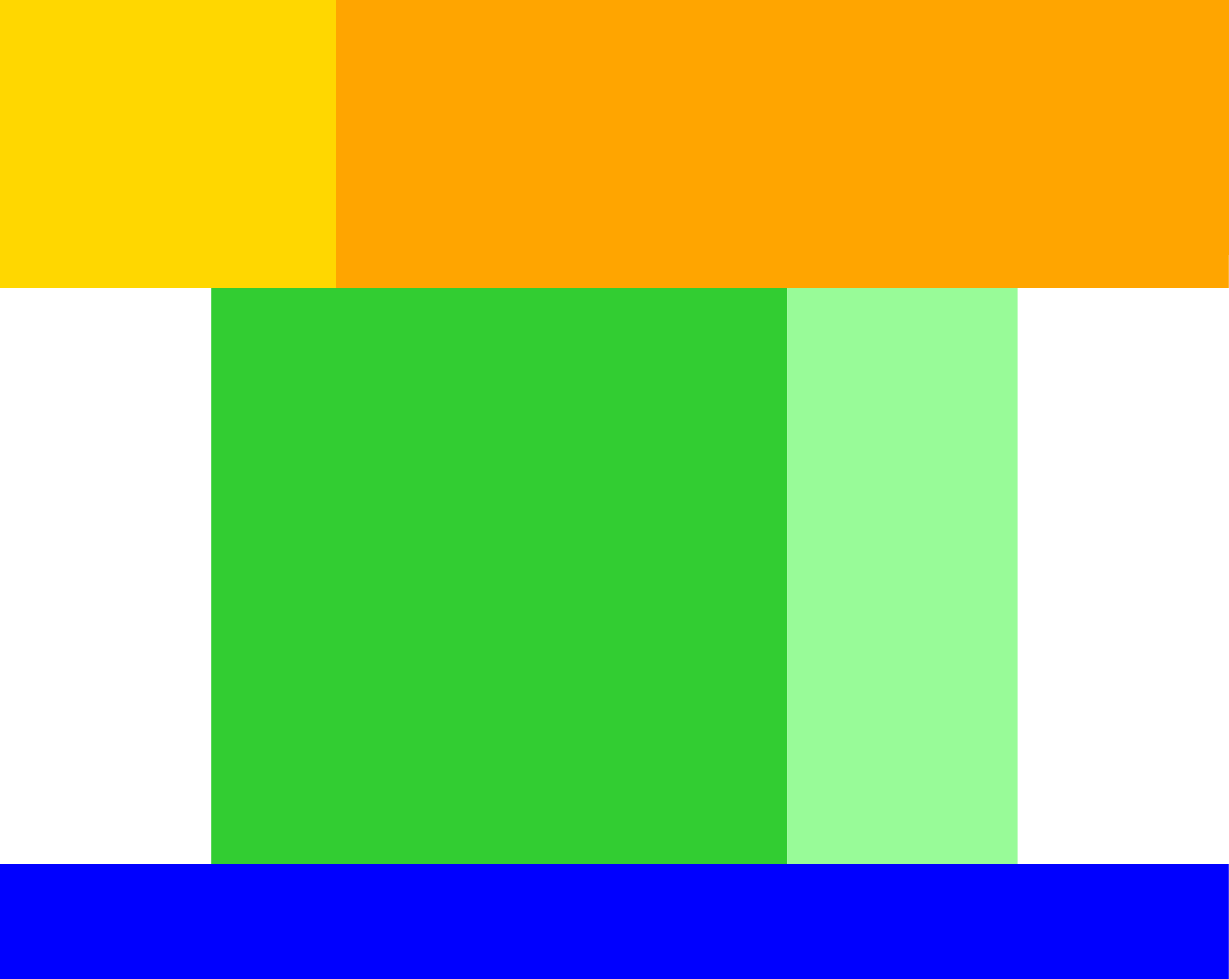
Repository: Hirotaka-DWC/dmm_webcamp_task_1
Page: caravan/index.html
The author's editor kept a record of every edit. The page is drawn from the files as they stood at one moment, then again after the next edit.
The browser window is 1280 px wide. The pictures show the whole page, at 96% of full size.

Above is the page before.

### caravan/index.html
<!DOCTYPE html>
<html lang="ja">
  <head>
    <meta charset="UTF-8" />
    <!-- CSSファイルの読み込み -->
    <link rel="stylesheet" href="style.css" />
    <title>CARAVAN</title>
  </head>

  <body>
    </div>
    <div class="main-visual">
      <div class="main-visual-content"></div>
    </div>
    <div class="main">
       <div class="blog"></div>
      <div class="sidebar"></div>
    </div>
    <div class="footer"></div>
  </body>
</html>

### caravan/style.css
/* ブラウザがそれぞれ持っているCSSをリセットするための記述 */
* {
  margin: 0;
  padding: 0;
  box-sizing: border-box;
}

.header{
  width: 100%;
  height: 120px;
  background-color: red;
}

.header-top {
  width: 100%; /* 横幅いっぱい */
  height: 70px; /* 高さ100px */
  background-color: hotpink; /* 背景色hotpink */
}

.header-bottom {
  width: 100%; /* 横幅いっぱい */
  height: 50px; /* 高さ100px */
  background-color: pink; /* 背景色pink */
}

.main-visual {
  width: 100%; /* 横幅いっぱい */
  height: 300px; /* 高さ300px */
  background-color: orange; /* 背景色orange */
}

.main-visual-content {
  width: 350px; /* 横幅350px */
  height: 300px; /* 親の高さに揃える */
  background-color: gold; /* 背景色gold */
}

.main {
  width: 840px; /* 横幅840px */
  margin:0 auto;
  display: flex; /* Flexboxの利用 */
  justify-content: center; /* 子要素の横並び・中央寄せ */
}

.blog {
  width: 600px; /* 横幅600px */
  height: 600px; /* 高さ600px */
  background-color: limegreen; /* 背景色limegreen */
}

.sidebar {
  width: 240px; /* 横幅240px */
  height: 600px; /* 高さ600px */
  background-color: palegreen; /* 背景色palegreen */
}

.footer {
  width: 100%; /* 横幅いっぱい */
  height: 120px; /* 高さ120px */
  background-color: blue; /* 背景色blue */
}

After the next edit:
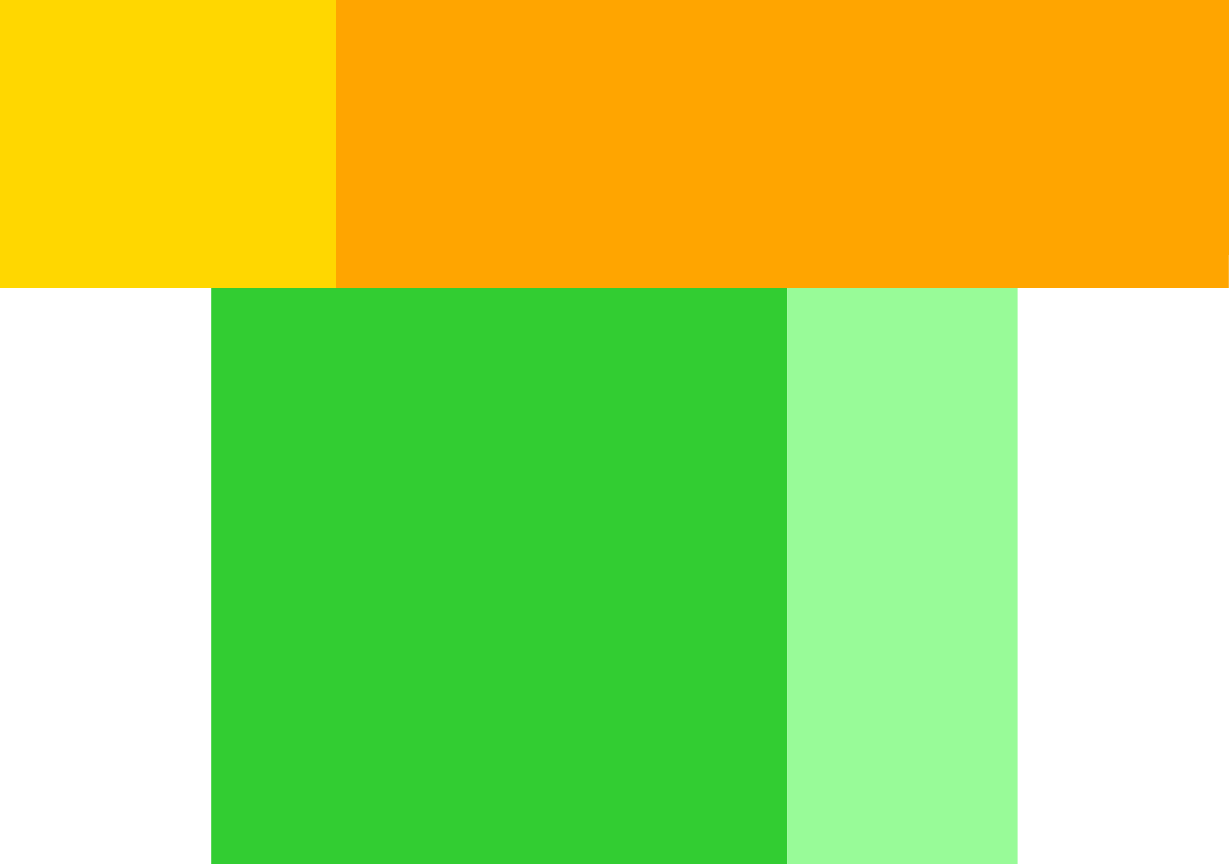
The edit:
--- a/caravan/index.html
+++ b/caravan/index.html
@@ -16,6 +16,5 @@
        <div class="blog"></div>
       <div class="sidebar"></div>
     </div>
-    <div class="footer"></div>
   </body>
 </html>
